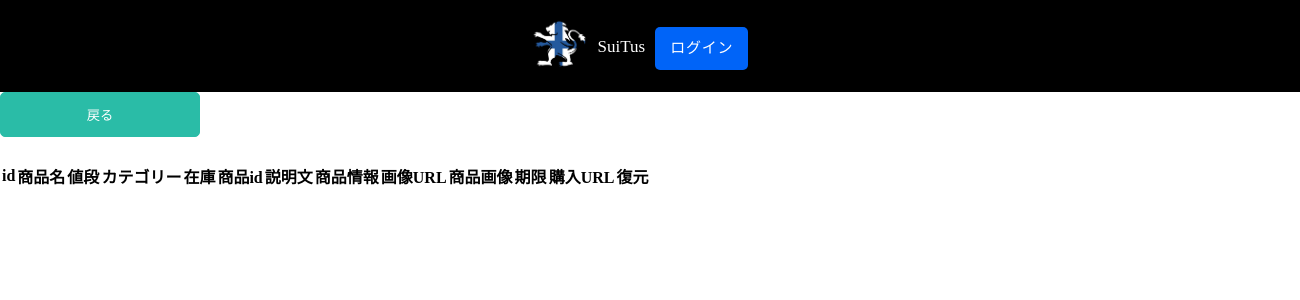
Repository: shun3641/springPortfolio
Page: http://localhost/admin/restorelist
These files come from the project's save history. The page is drawn as it stood at one moment and after the next save; the edit follows.
The browser window is 1280 px wide. The page is 1300 px wide, so the pictures cover 1300 px, including what lies to the right of the window. The pictures show the whole page.
The page is this project's Thymeleaf template; nobody is signed in. The template is opened directly, without the code that normally fills it, so the values that code supplies are empty.

Above is the page before, as saved 2025-11-12 05:48:15.

After the next save:
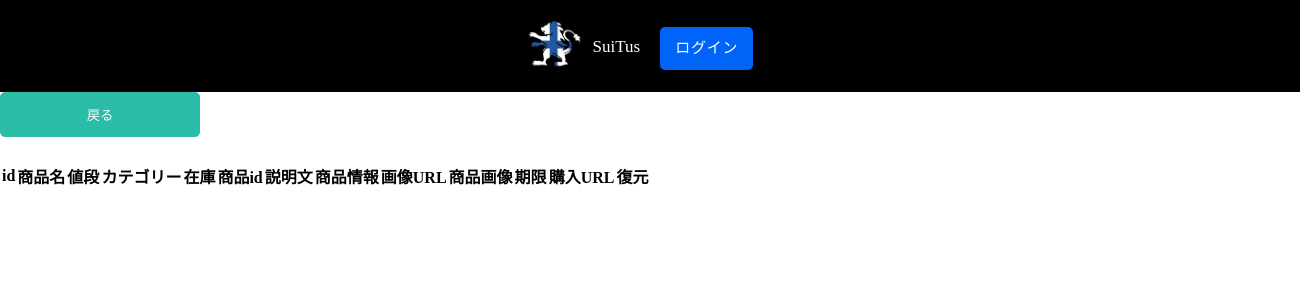
Saved 6 s later.
--- a/Suitus 田中駿吾 ポートフォリオ/Suitus/src/main/resources/static/admin/css/application.css
+++ b/Suitus 田中駿吾 ポートフォリオ/Suitus/src/main/resources/static/admin/css/application.css
@@ -31,7 +31,7 @@ h1 > a {
 	gap: 24px;
 	padding-top: 5px;
 	margin-top: 20px;
-	margin-left: 10px;
+	margin-left: 20px;
 }
 ul.list-group {
 	padding: 0;
